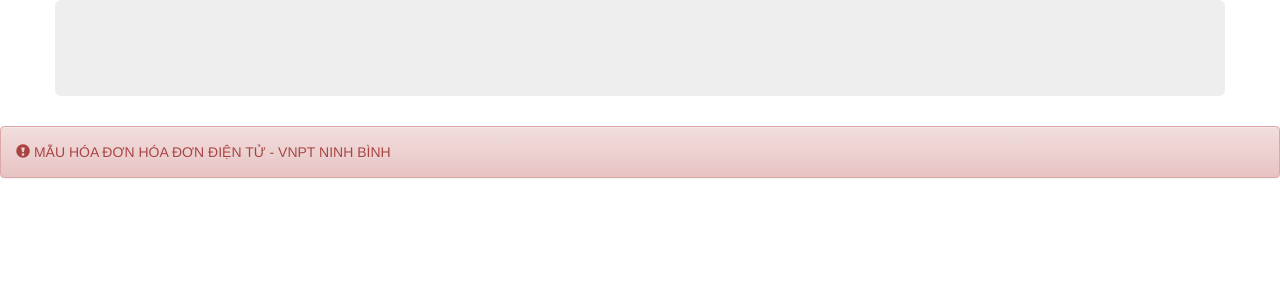
Repository: hoadonvnptninhbinh/hoadonvnptninhbinh
Page: index.html
An editor plug-in stored every save of this project. The page is shown before and after a run of saves, followed by the edit.
The browser window is 1280 px wide. The pictures show the whole page.

Above is the page before, as saved 2020-04-07 14:10:24.

After the next 2 saves:
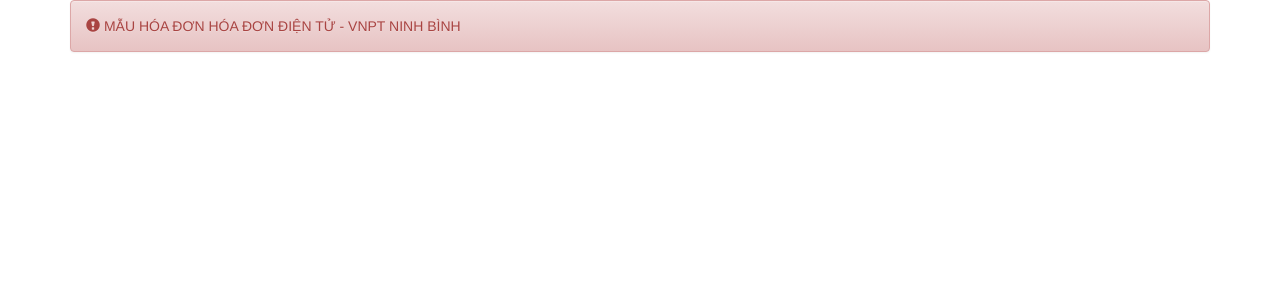
The 2 saves are shown as one change because they came seconds apart.
The last was saved 27 s later.
--- a/index.html
+++ b/index.html
@@ -14,14 +14,12 @@
   </head>
   <body>
       <div class='container'>
-        <div class="row jumbotron">
-            <div class="col"></div>
+        <div class="alert alert-danger" role="alert">
+            <span class="glyphicon glyphicon-exclamation-sign"></span>
+            MẪU HÓA ĐƠN HÓA ĐƠN ĐIỆN TỬ - VNPT NINH BÌNH
           </div>
       </div>
-    <div class="alert alert-danger" role="alert">
-        <span class="glyphicon glyphicon-exclamation-sign"></span>
-        MẪU HÓA ĐƠN HÓA ĐƠN ĐIỆN TỬ - VNPT NINH BÌNH
-      </div>
+
     <!-- jQuery (necessary for Bootstrap's JavaScript plugins) -->
     <script src="js/jquery.min.js"></script>
     <!-- Include all compiled plugins (below), or include individual files as needed -->
